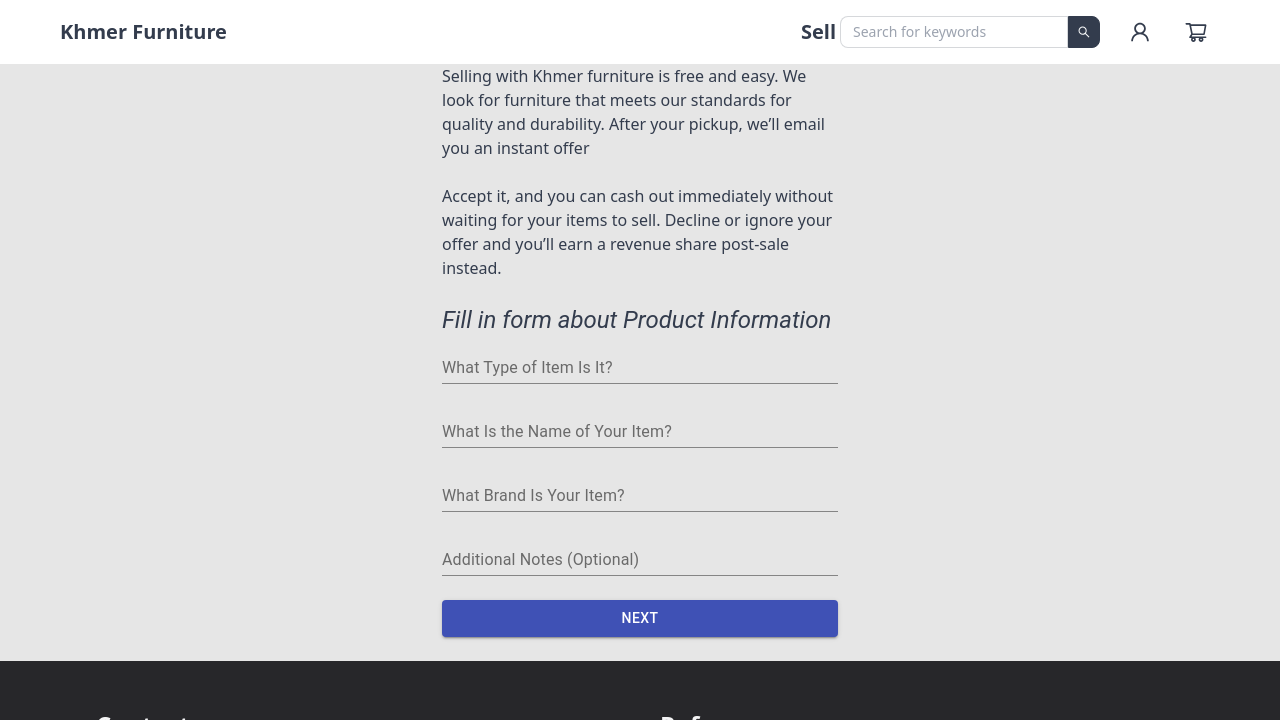
Repository: PlayerNguyen/dotot-shop
Page: /sell (app in client/)
An editor plug-in stored every save of this project. The page is shown before and after the next save, followed by the edit.
The browser window is 1280 px wide. The pictures show the whole page.
An inner scrolling area shows only its first screen. The project was rebuilt for these pictures with package versions that can differ from the ones it lists, and the page was loaded fresh each time. Also part of the build but not shown: client/src/components/NoMatch/NoMatch.jsx, client/src/components/Sell/UserDetails.js, client/src/components/Sell/Confirmation.js, client/src/components/Sell/Success.js.

Above is the page before, as saved 2022-12-06 12:41:41.

After the next save:
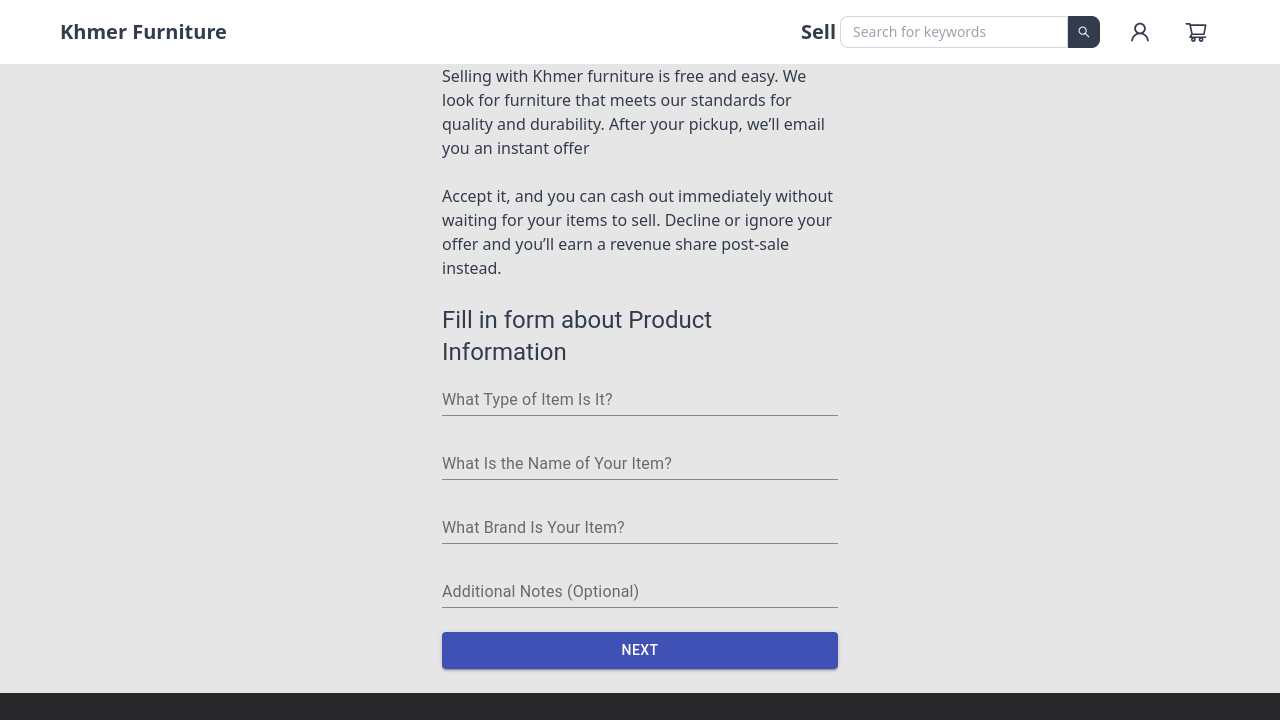
Saved 8 s later.
--- a/client/src/components/Sell/ProductDetails.js
+++ b/client/src/components/Sell/ProductDetails.js
@@ -20,7 +20,7 @@ const ProductDetails = ({ nextStep, handleChange, values }) => {
           <div> Accept it, and you can cash out immediately without waiting for your items to sell.
            Decline or ignore your offer and you’ll earn a revenue share post-sale instead.</div>
            <br/>
-          <Typography  component="h1" variant="h5" className='italic'>
+          <Typography  component="h1" variant="h5" className='content-center '>
            Fill in form about Product Information
           </Typography>
           <form>
